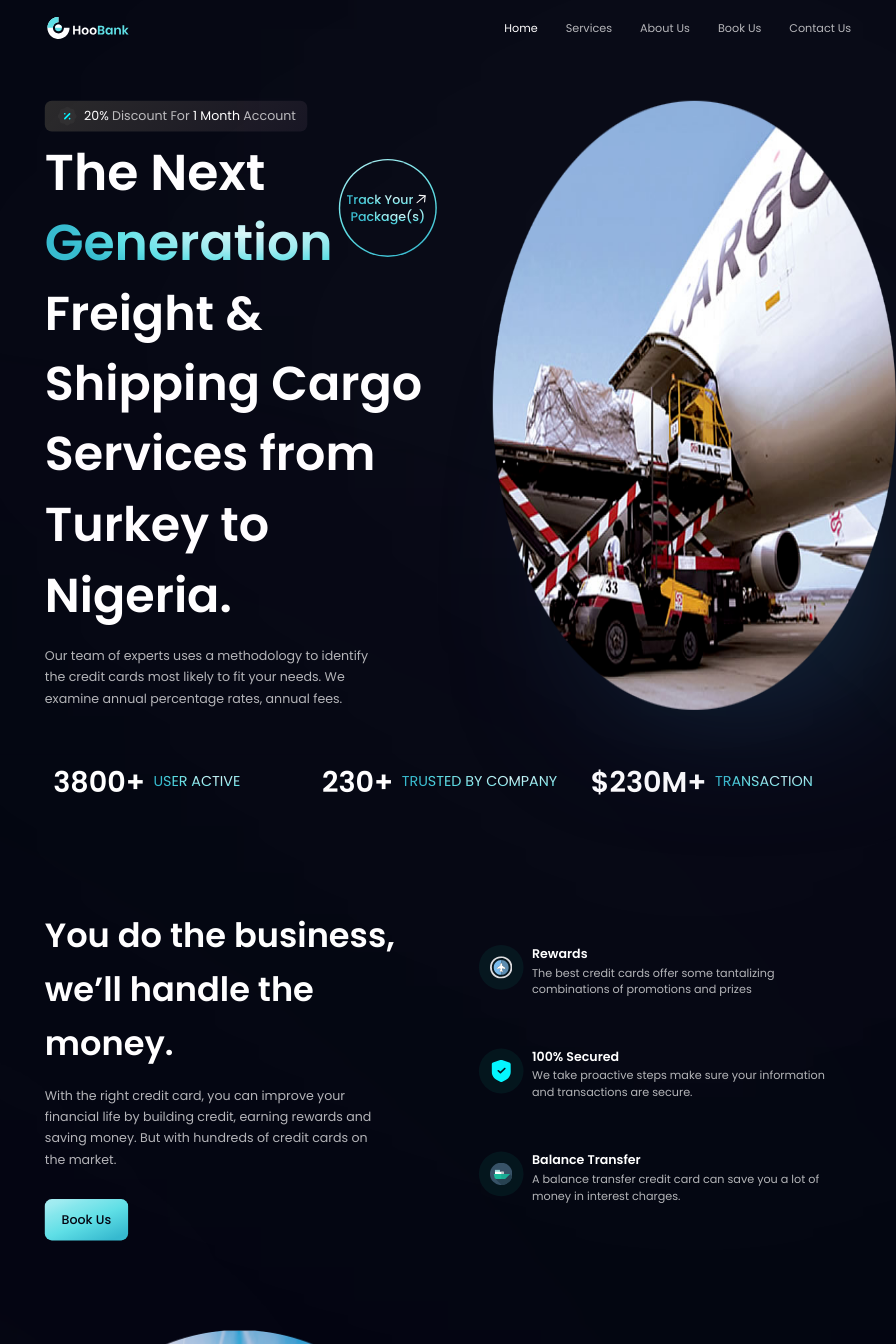
Repository: Miracleoluebube/captionlogistics
Page: /
An editor plug-in stored every save of this project. The page is shown before and after the next save, followed by the edit.
The browser window is 1280 px wide. The pictures show the part of the page from y = 0 to 1920 px (the page is 5317 px tall before and 4990 px after), at 70% of full size.
The project was rebuilt for these pictures with package versions that can differ from the ones it lists, and the page was loaded fresh each time. Also part of the build but not shown: vite.config.js.

Above is the page before, as saved 2022-10-01 08:18:04.

After the next save:
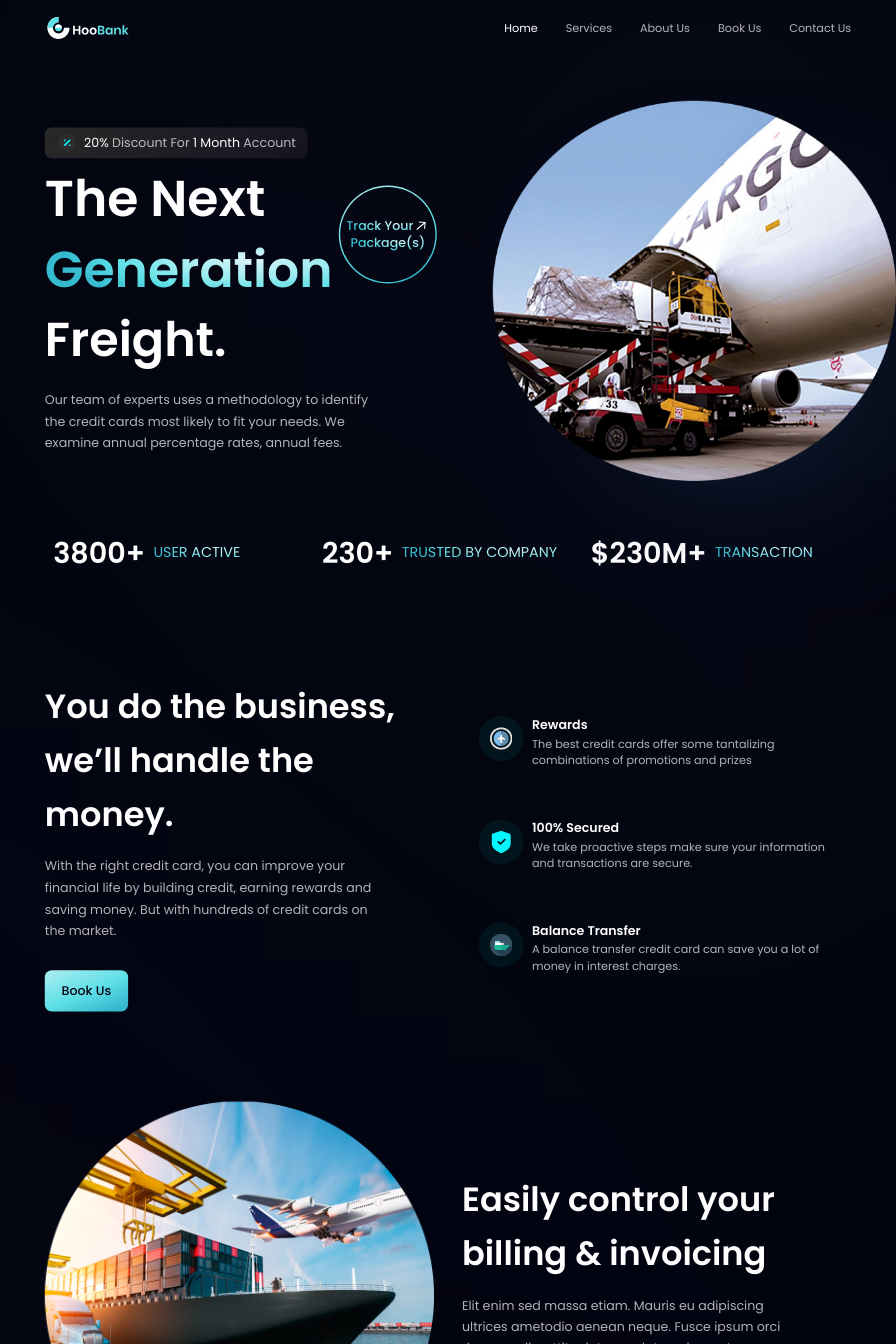
Saved 3 h 20 min later.
--- a/src/components/Hero.jsx
+++ b/src/components/Hero.jsx
@@ -25,7 +25,7 @@
         </div>
 
         <h1 className="font-poppins font-semibold ss:text-[68px] text-[52px] text-white ss:leading-[100.8px] leading-[75px] w-full">
-          Freight & Shipping Cargo Services from Turkey to Nigeria.
+          Freight.
         </h1>
         <p className={`${styles.paragraph} max-w-[470px] mt-5`}>
           Our team of experts uses a methodology to identify the credit cards

After the save that followed:
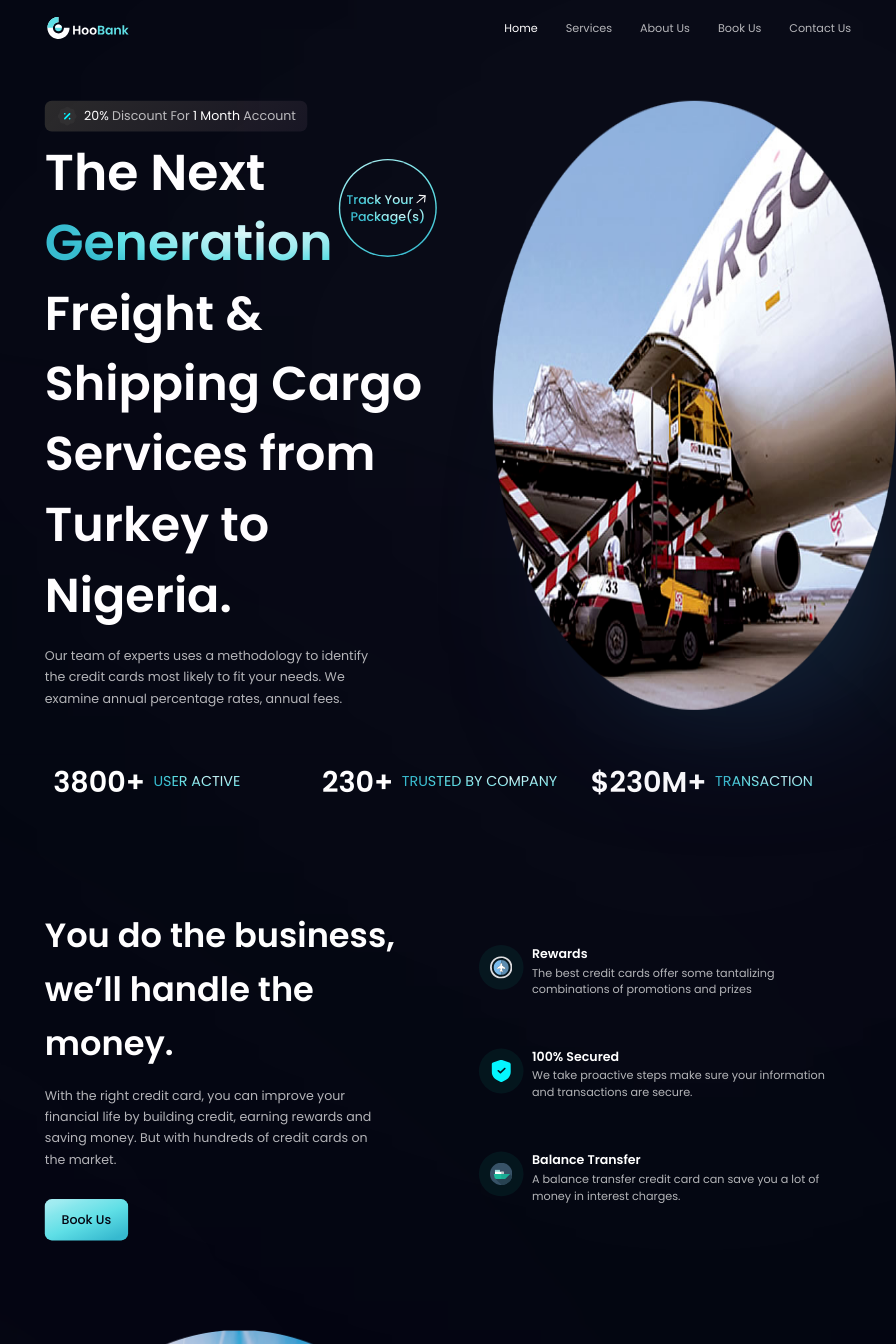
Saved 44 s later.
--- a/src/components/Hero.jsx
+++ b/src/components/Hero.jsx
@@ -25,7 +25,7 @@
         </div>
 
         <h1 className="font-poppins font-semibold ss:text-[68px] text-[52px] text-white ss:leading-[100.8px] leading-[75px] w-full">
-          Freight.
+          Freight & Shipping Cargo Services from Turkey to Nigeria.
         </h1>
         <p className={`${styles.paragraph} max-w-[470px] mt-5`}>
           Our team of experts uses a methodology to identify the credit cards
